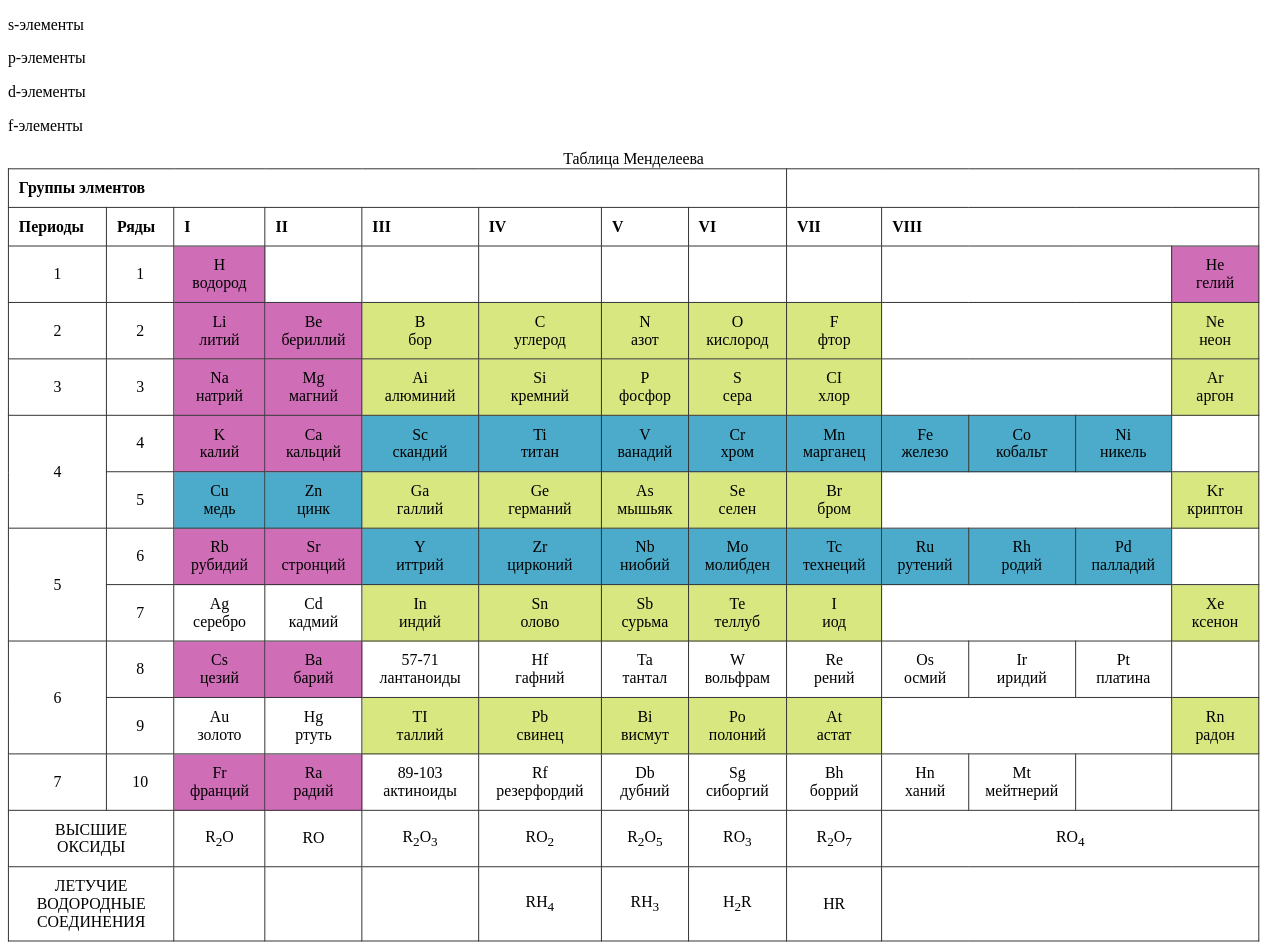
Repository: sannikovcode/exercises-a1
Page: JS/websites/01-periodic table/index.html
The author's editor kept a copy of each file at every save. The page is drawn from the files as they stood at one save, then again after the next save.
The browser window is 1280 px wide. The pictures show the whole page, at 99% of full size.

Above is the page before, as saved 2025-10-18 15:01:24.

### JS/websites/01-periodic table/index.html
<!DOCTYPE html>
<html lang="en">

<head>
    <meta charset="UTF-8">
    <meta name="viewport" content="width=device-width, initial-scale=1.0">
    <title>Periodic table</title>
    <link rel="stylesheet" href="styles.css">
</head>

<body>
    <table>
        <caption>Таблица Менделеева</caption>
        <thead>
            <tr>
                <th colspan="8">Группы элментов</th>
            </tr>
        </thead>

        <tbody>
            <tr>
                <th scope="col">Периоды</th>
                <th scope="col">Ряды</th>
                <th scope="col">I</th>
                <th scope="col">II</th>
                <th scope="col">III</th>
                <th scope="col">IV</th>
                <th scope="col">V</th>
                <th scope="col">VI</th>
                <th scope="col">VII</th>
                <th scope="col" colspan="4">VIII</th>
            </tr>
            <tr>
                <td scope="row">1</td>
                <td>1</td>
                <td id="s">H<br>водород</td>
                <td></td>
                <td></td>
                <td></td>
                <td></td>
                <td></td>
                <td></td>
                <td colspan="3"></td>
                <td id="s">He<br>гелий</td>

            </tr>
            <tr>
                <td scope="row">2</td>
                <td>2</td>
                <td id="s">Li<br>литий</td>
                <td id="s">Be<br>бериллий</td>
                <td id="p">B<br>бор</td>
                <td id="p">C<br>углерод</td>
                <td id="p">N<br>азот</td>
                <td id="p">O<br>кислород</td>
                <td id="p">F<br>фтор</td>
                <td colspan="3"></td>
                <td id="p">Ne<br>неон</td>
            </tr>
            <tr>
                <td scope="row">3</td>
                <td>3</td>
                <td id="s">Na<br>натрий</td>
                <td id="s">Mg<br>магний</td>
                <td id="p">Ai<br>алюминий</td>
                <td id="p">Si<br>кремний</td>
                <td id="p">P<br>фосфор</td>
                <td id="p">S<br>сера</td>
                <td id="p">CI<br>хлор</td>
                <td colspan="3"></td>
                <td id="p">Ar<br>аргон</td>

            </tr>
            <tr>
                <td scope="row" rowspan="2">4</td>
                <td>4</td>
                <td id="s">K<br>калий</td>
                <td id="s">Ca<br>кальций</td>
                <td id="d">Sc<br>скандий</td>
                <td id="d">Ti<br>титан</td>
                <td id="d">V<br>ванадий</td>
                <td id="d">Cr<br>хром</td>
                <td id="d">Mn<br>марганец</td>
                <td id="d">Fe<br>железо</td>
                <td id="d">Co<br>кобальт</td>
                <td id="d">Ni<br>никель</td>
                <td></td>
            </tr>
            <tr>
                <td>5</td>
                <td id="d">Cu<br>медь</td>
                <td id="d">Zn<br>цинк</td>
                <td id="p">Ga<br>галлий</td>
                <td id="p">Ge<br>германий</td>
                <td id="p">As<br>мышьяк</td>
                <td id="p">Se<br>селен</td>
                <td id="p">Br<br>бром</td>
                <td colspan="3"></td>
                <td id="p">Kr<br>криптон</td>
            <tr>
                <td scope="row" rowspan="2">5</td>
                <td>6</td>
                <td id="s">Rb<br>рубидий</td>
                <td id="s">Sr<br>стронций</td>
                <td id="d">Y<br>иттрий</td>
                <td id="d">Zr<br>цирконий</td>
                <td id="d">Nb<br>ниобий</td>
                <td id="d">Mo<br>молибден</td>
                <td id="d">Tc<br>технеций</td>
                <td id="d">Ru<br>рутений</td>
                <td id="d">Rh<br>родий</td>
                <td id="d">Pd<br>палладий</td>
                <td></td>
            </tr>
            <tr>
                <td>7</td>
                <td>Ag<br>серебро</td>
                <td>Cd<br>кадмий</td>
                <td id="p">In<br>индий</td>
                <td id="p">Sn<br>олово</td>
                <td id="p">Sb<br>сурьма</td>
                <td id="p">Te<br>теллуб</td>
                <td id="p">I<br>иод</td>
                <td colspan="3"></td>
                <td id="p">Xe<br>ксенон</td>
            </tr>
            <tr>
                <td scope="row" rowspan="2">6</td>
                <td>8</td>
                <td id="s">Cs<br>цезий</td>
                <td id="s">Ba<br>барий</td>
                <td>57-71<br>лантаноиды</td>
                <td>Hf<br>гафний</td>
                <td>Ta<br>тантал</td>
                <td>W<br>вольфрам</td>
                <td>Re<br>рений</td>
                <td>Os<br>осмий</td>
                <td>Ir<br>иридий</td>
                <td>Pt<br>платина</td>
                <td></td>
            </tr>
            <tr>
                <td>9</td>
                <td>Au<br>золото</td>
                <td>Hg<br>ртуть</td>
                <td id="p">TI<br>таллий</td>
                <td id="p">Pb<br>свинец</td>
                <td id="p">Bi<br>висмут</td>
                <td id="p">Po<br>полоний</td>
                <td id="p">At<br>астат</td>
                <td colspan="3"></td>
                <td id="p">Rn<br>радон</td>
            </tr>
            <tr>
                <td scope="row">7</td>
                <td>10<br></td>
                <td id="s">Fr<br>франций</td>
                <td id="s">Ra<br>радий</td>
                <td>89-103<br>актиноиды</td>
                <td>Rf<br>резерфордий</td>
                <td>Db<br>дубний</td>
                <td>Sg<br>сиборгий</td>
                <td>Bh<br>боррий</td>
                <td>Hn<br>ханий</td>
                <td>Mt<br>мейтнерий</td>
                <td></td>
                <td></td>
            </tr>
            <tr>
                <td colspan="2">ВЫСШИЕ <br>ОКСИДЫ</td>
                <td>R<sub>2</sub>O</td>
                <td>RO</td>
                <td>R<sub>2</sub>O<sub>3</sub></td>
                <td>RO<sub>2</sub></td>
                <td>R<sub>2</sub>O<sub>5</sub></td>
                <td>RO<sub>3</sub></td>
                <td>R<sub>2</sub>O<sub>7</sub></td>
                <td colspan="4">RO<sub>4</sub></td>

            </tr>
            <tr>
                <td colspan="2">ЛЕТУЧИЕ <br>ВОДОРОДНЫЕ <br> СОЕДИНЕНИЯ</td>
                <td></td>
                <td></td>
                <td></td>
                <td>RH<sub>4</sub></td>
                <td>RH<sub>3</sub></td>
                <td>H<sub>2</sub>R</td>
                <td>HR</td>
                <td colspan="4"></td>
            </tr>
        </tbody>
        <tfoot>
            <p>s-элементы</p>
            <p>p-элементы</p>
            <p>d-элементы</p>
            <p>f-элементы</p>

        </tfoot>

    </table>




</body>

</html>

### JS/websites/01-periodic table/styles.css
/* 1 */
table {
  border-collapse: collapse;
  width: 100%;
}

table, th, td {
  border: 1px solid #333;
}

th, td {
  padding: 10px;
  text-align: left;
}

/*2*/
td {
  text-align: center; /* горизонтальное центрирование */
  vertical-align: middle; /* вертикальное центрирование */
}

/* элементы */

#s {
  background-color: rgb(207, 109, 183);
}
#p {
  background-color: rgb(216, 231, 128);
}
#d {
  background-color: rgb(76, 171, 202);
}
#f {
  background-color: rgb(114, 211, 130);
}

After the next save:
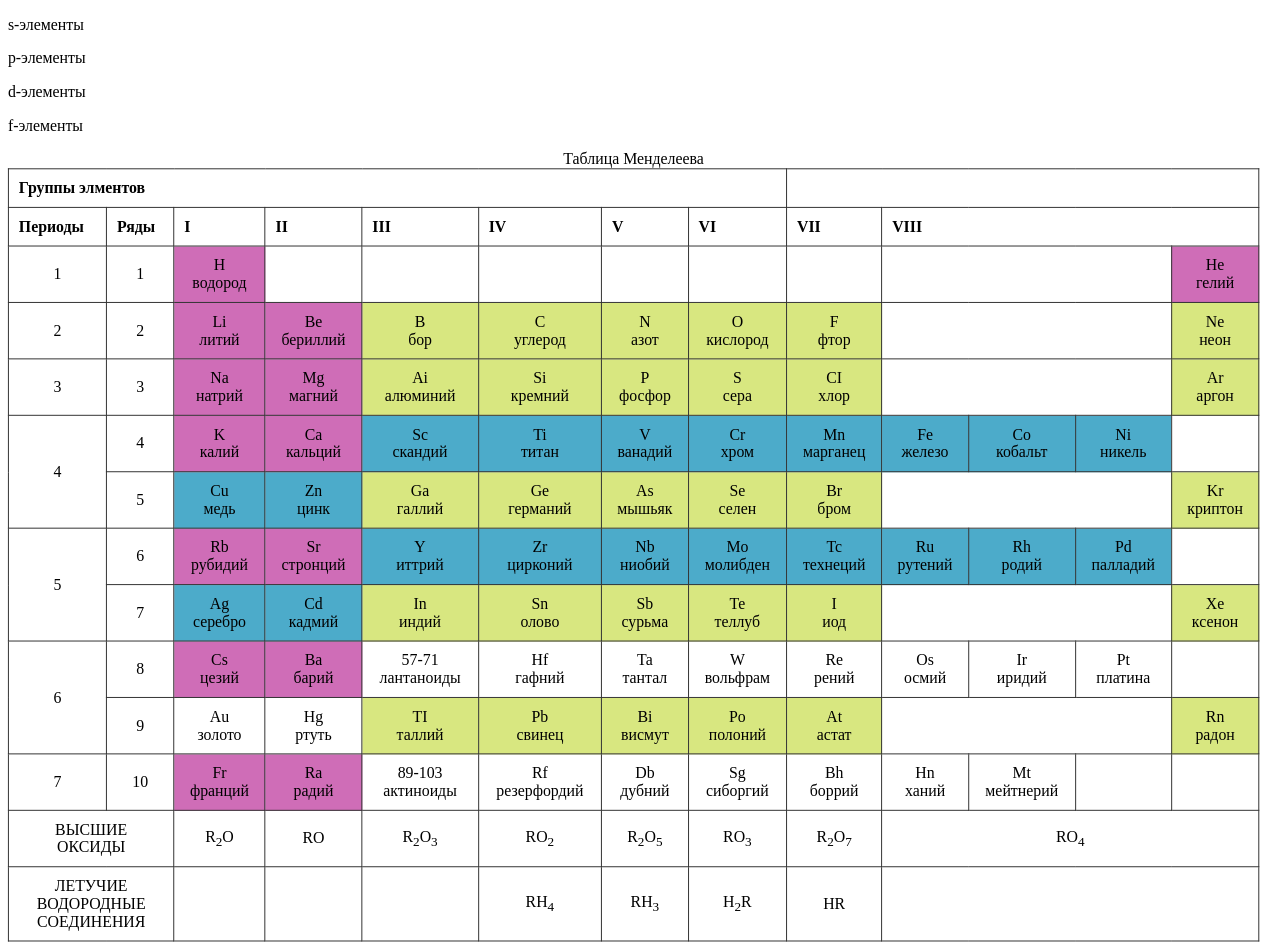
Saved 11 s later.
--- a/JS/websites/01-periodic table/index.html
+++ b/JS/websites/01-periodic table/index.html
@@ -114,8 +114,8 @@
             </tr>
             <tr>
                 <td>7</td>
-                <td>Ag<br>серебро</td>
-                <td>Cd<br>кадмий</td>
+                <td id="d">Ag<br>серебро</td>
+                <td id="d">Cd<br>кадмий</td>
                 <td id="p">In<br>индий</td>
                 <td id="p">Sn<br>олово</td>
                 <td id="p">Sb<br>сурьма</td>
